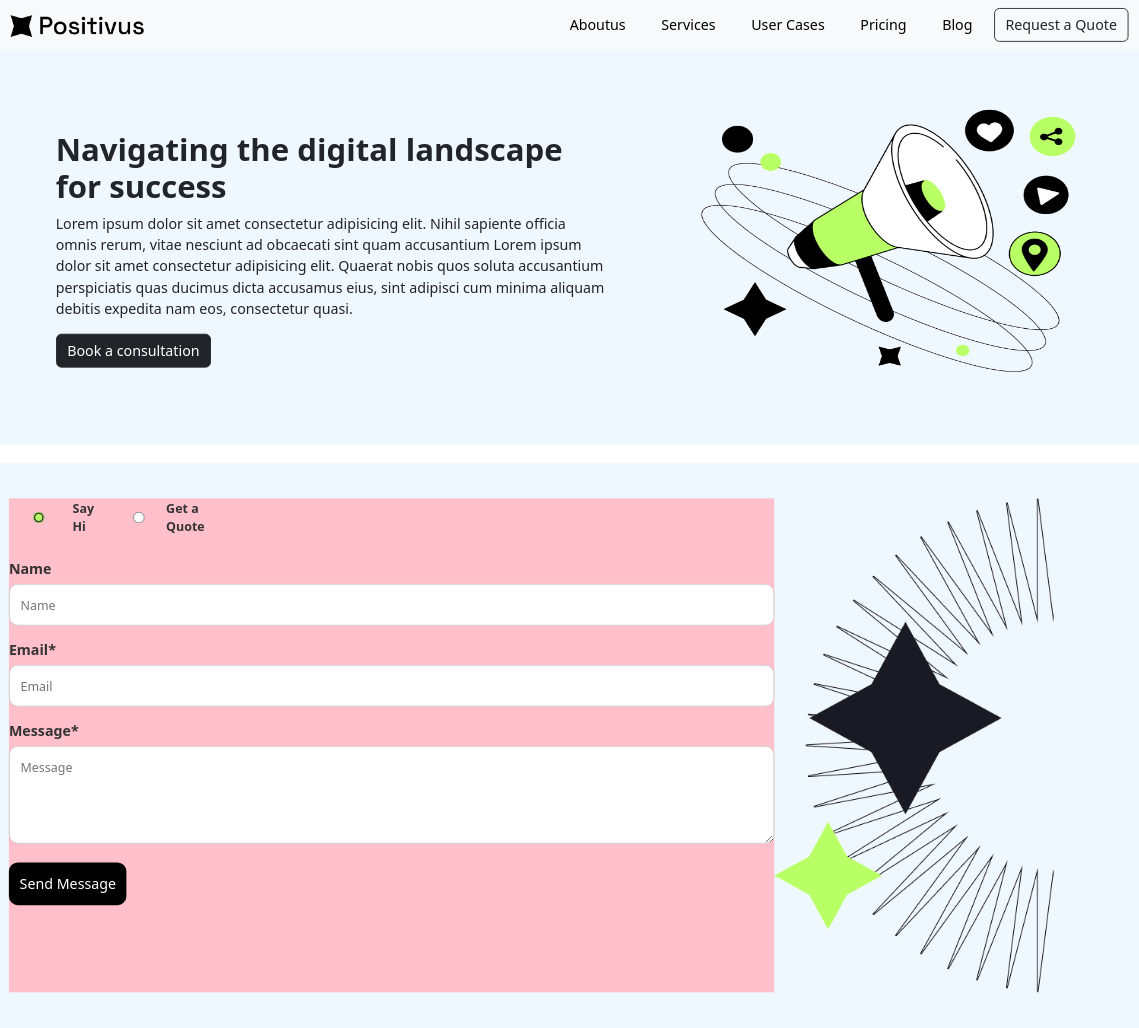
Repository: inshaabbas/CSS-Hackathon-SMIT
Page: index.html
These files come from the project's save history. The page is drawn as it stood at one moment and after a run of saves; the edit follows.
The browser window is 1280 px wide. The pictures show the whole page, at 89% of full size.

Above is the page before, as saved 2025-06-25 10:00:13.

After the next 2 saves:
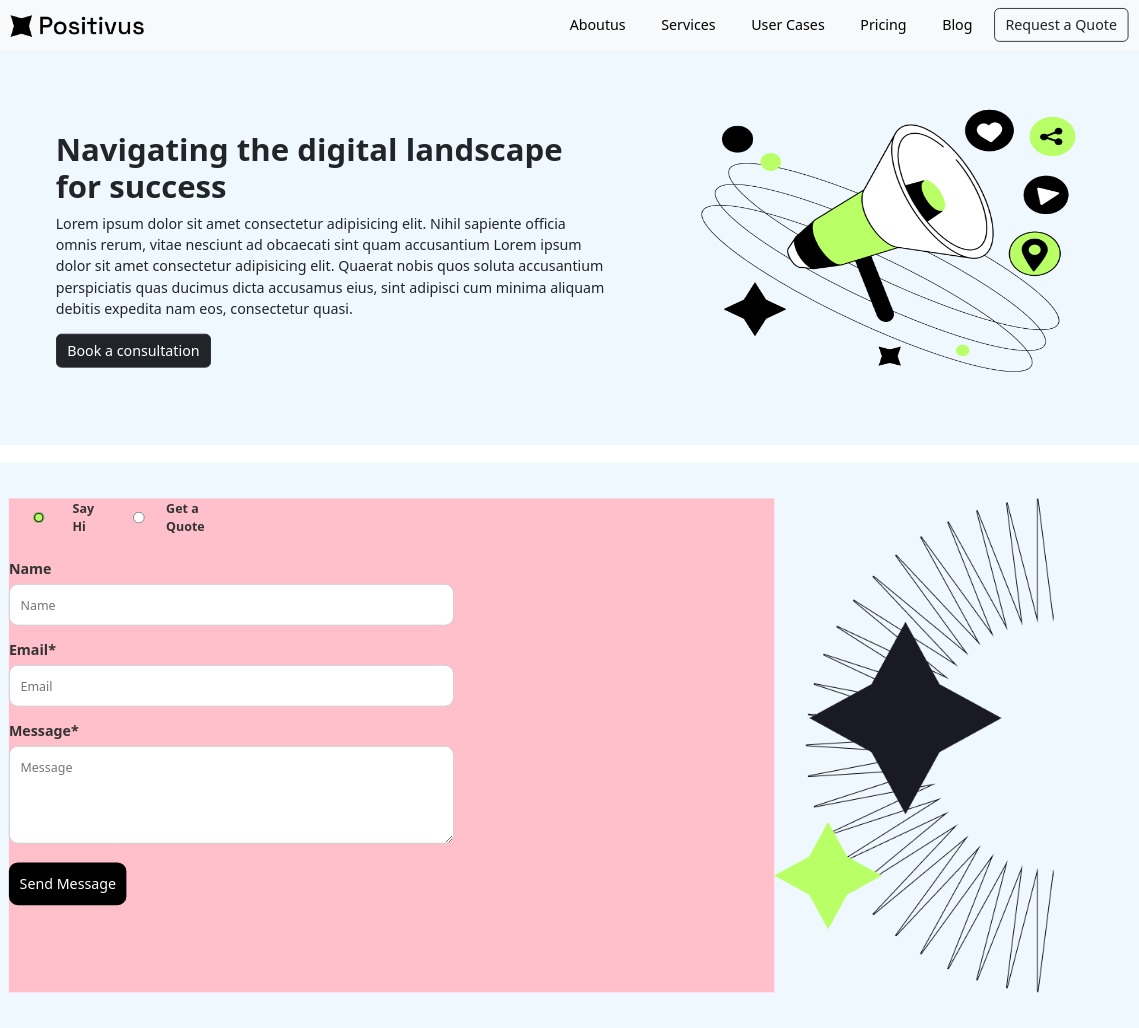
The 2 saves are shown as one change because they came seconds apart.
The last was saved 9 s later.
--- a/style.css
+++ b/style.css
@@ -101,7 +101,7 @@ label {
 input,
 textarea {
   width: 100%;
-  /* max-width: 200px; */
+  max-width: 500px;
   padding: 12px;
   font-size: 14px;
   border: 1px solid #ccc;
